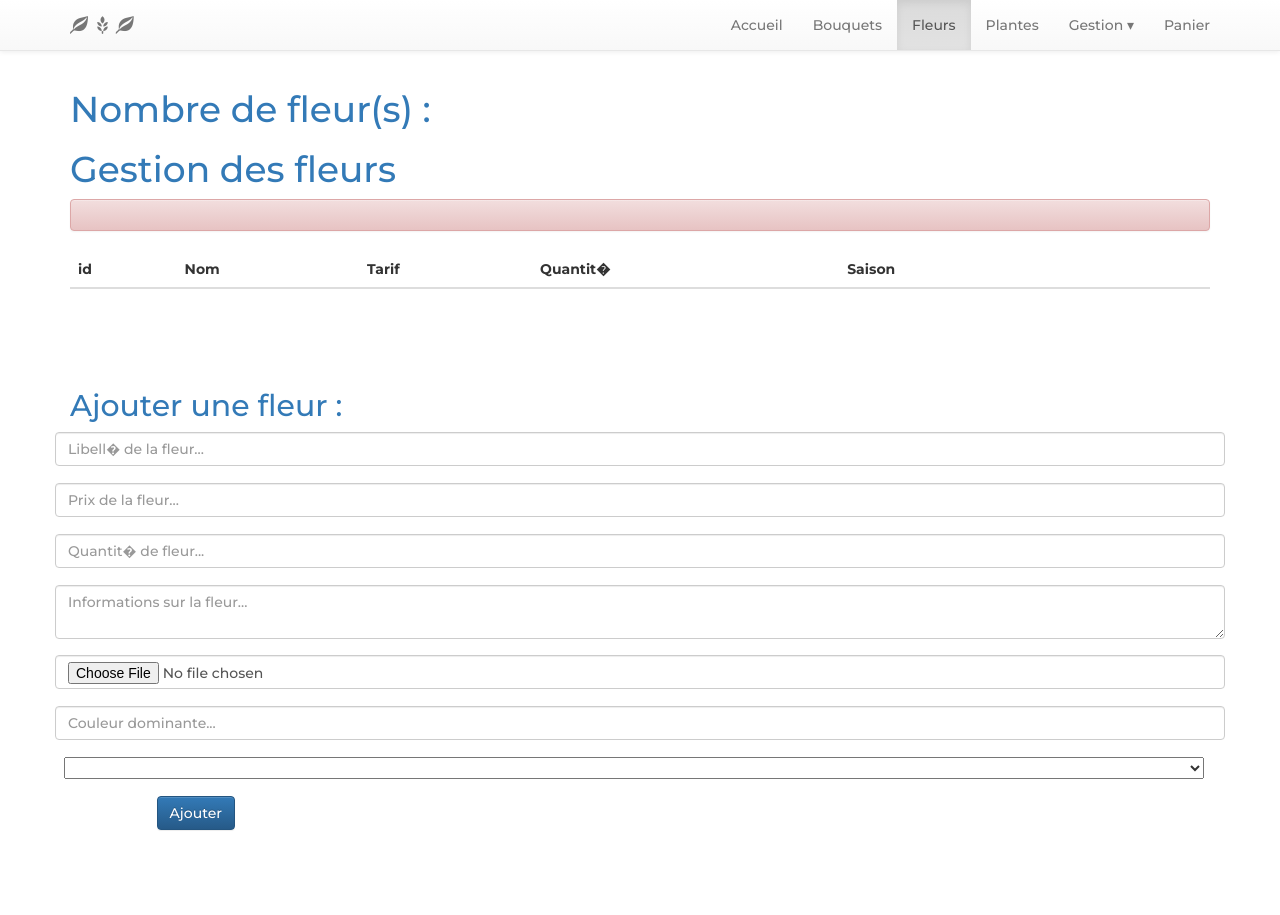
Repository: JeremT8/JavaFleuristeProject
Page: tp-fleuriste/src/main/webapp/bouquet-detail.html
The author's editor kept a copy of each file at every save. The page is drawn from the files as they stood at one save, then again after the next save.
The browser window is 1280 px wide. The pictures show the whole page.
The page's requests for data from a server got no answer. Some web libraries are served in a nearby version.

Above is the page before, as saved 2022-05-18 11:56:14.

After the next save:
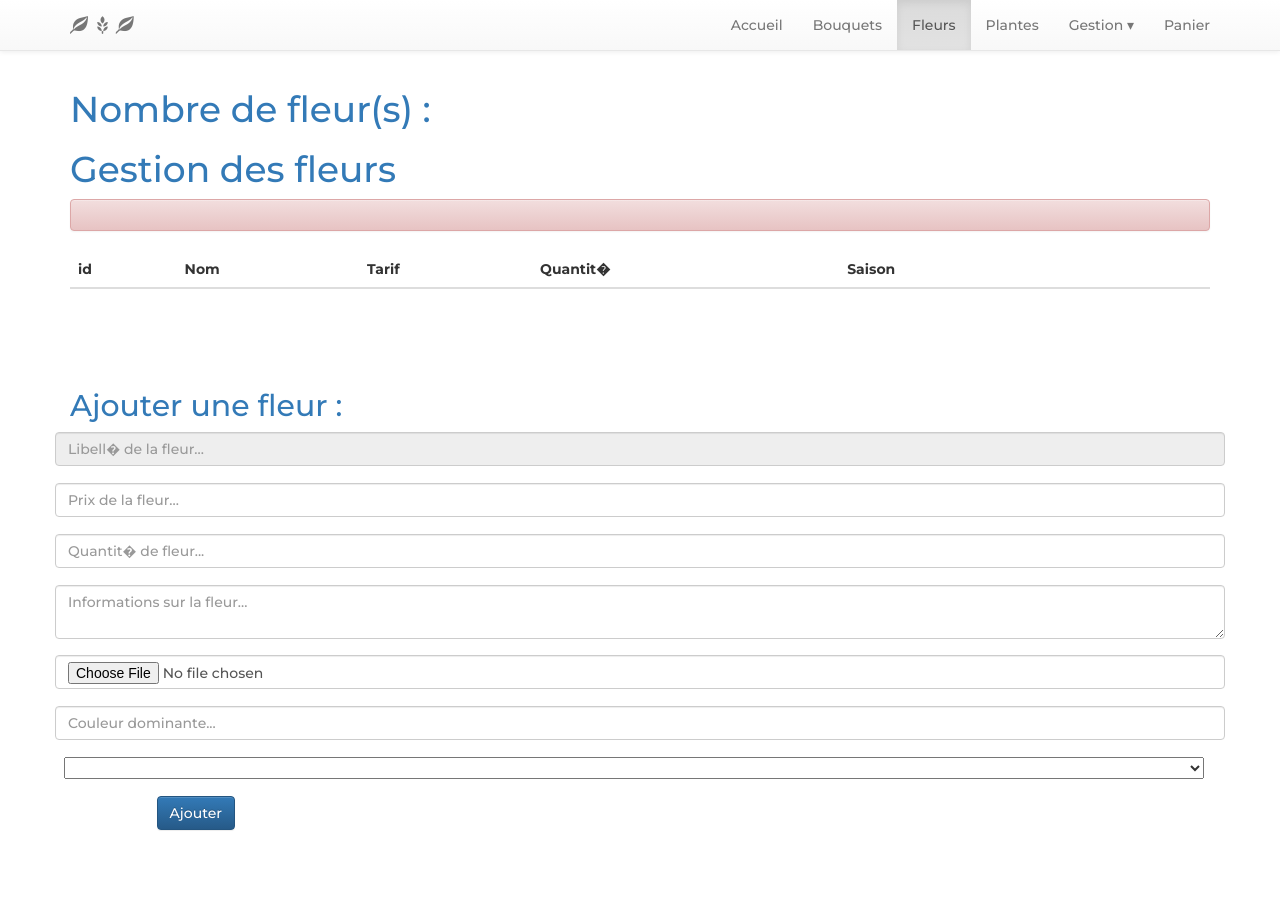
Saved 31 s later.
--- a/tp-fleuriste/src/main/webapp/bouquet-detail.html
+++ b/tp-fleuriste/src/main/webapp/bouquet-detail.html
@@ -102,7 +102,7 @@
 						<input type="text"
 							id="nomFleur" class="form-control"
 							placeholder="Libell� de la fleur..." aria-label="Username"
-							aria-describedby="basic-addon1">
+							aria-describedby="basic-addon1" readonly>
 					</div>
 					<div class="div-form-input mb-3">
 						<input type="number"
